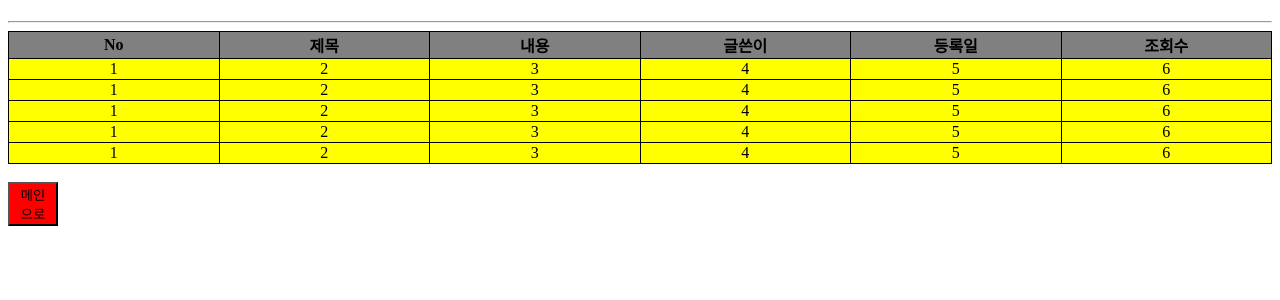
Repository: jeonghyunseok/GMSUI
Page: GMSUI/WebContent/board/board_list.html
An editor plug-in stored every save of this project. The page is shown before and after the next save, followed by the edit.
The browser window is 1280 px wide. The pictures show the whole page.

Above is the page before, as saved 2017-07-19 06:55:08.

After the next save:
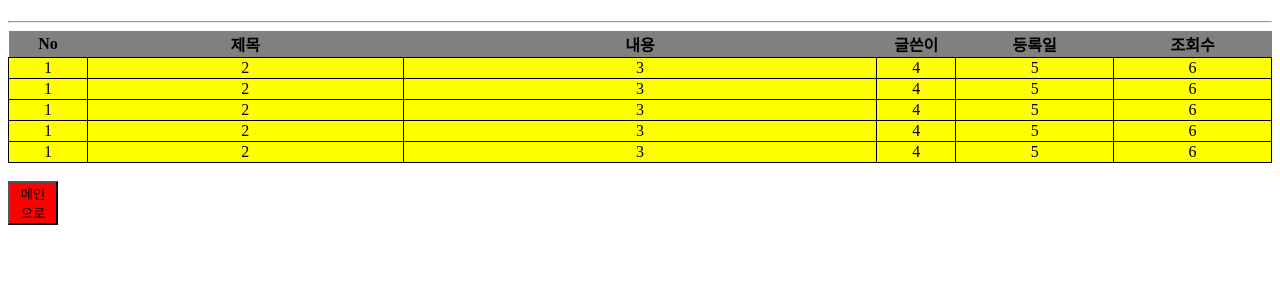
Saved 56 s later.
--- a/GMSUI/WebContent/board/board_list.html
+++ b/GMSUI/WebContent/board/board_list.html
@@ -18,12 +18,12 @@ td{
 <hr />
 <table style="width:  100%; border-collapse: collapse;">
 	<tr style="background-color: gray">
-		<th style="border: 1px solid black;width: 10%;text-align:center;">No</th>
-		<th style="border: 1px solid black;width: 10%;text-align:center;">제목</th>
-		<th style="border: 1px solid black;width: 10%;text-align:center;">내용</th>
-		<th style="border: 1px solid black;width: 10%;text-align:center;">글쓴이</th>
-		<th style="border: 1px solid black;width: 10%;text-align:center;">등록일</th>
-		<th style="border: 1px solid black;width: 10%;text-align:center;">조회수</th>
+		<th style="width: 5%;text-align:center;">No</th>
+		<th style="width: 20%;text-align:center;">제목</th>
+		<th style="width: 30%;text-align:center;">내용</th>
+		<th style="width: 5%;text-align:center;">글쓴이</th>
+		<th style="width: 10%;text-align:center;">등록일</th>
+		<th style="width: 10%;text-align:center;">조회수</th>
 	</tr>
 	<tr style="border: 1px solid black;width:10%;text-align:center;background-color: yellow">
 		<td style="border: 1px solid black;">1</td>
